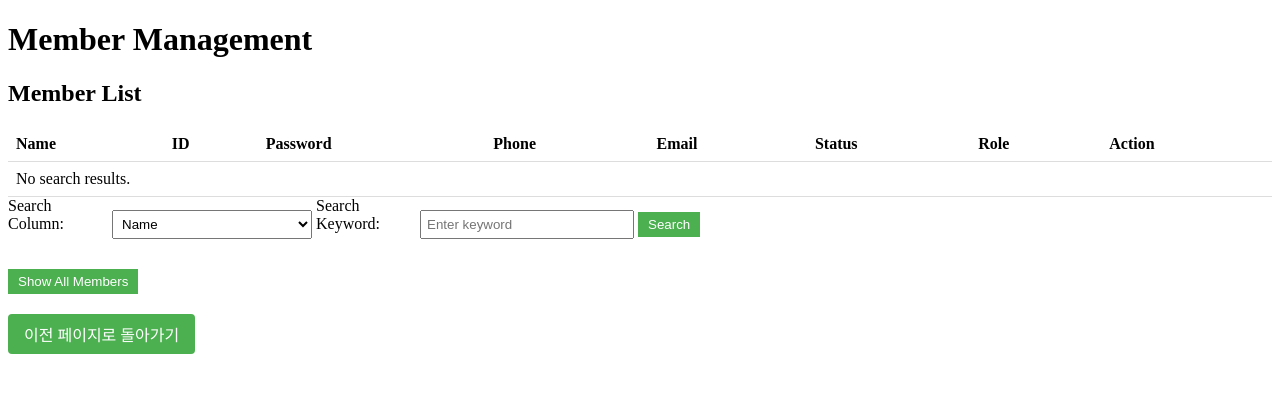
Repository: i-kemen/jsp
Page: http://localhost/WebTest/MemberManagementOKServlet
The author's editor kept a copy of each file at every save. The page is drawn from the files as they stood at one save, then again after a run of saves.
The browser window is 1280 px wide. The pictures show the whole page.
The page is served by Tomcat 10.

Above is the page before, as saved 2023-06-27 04:09:20.

After the next 2 saves:
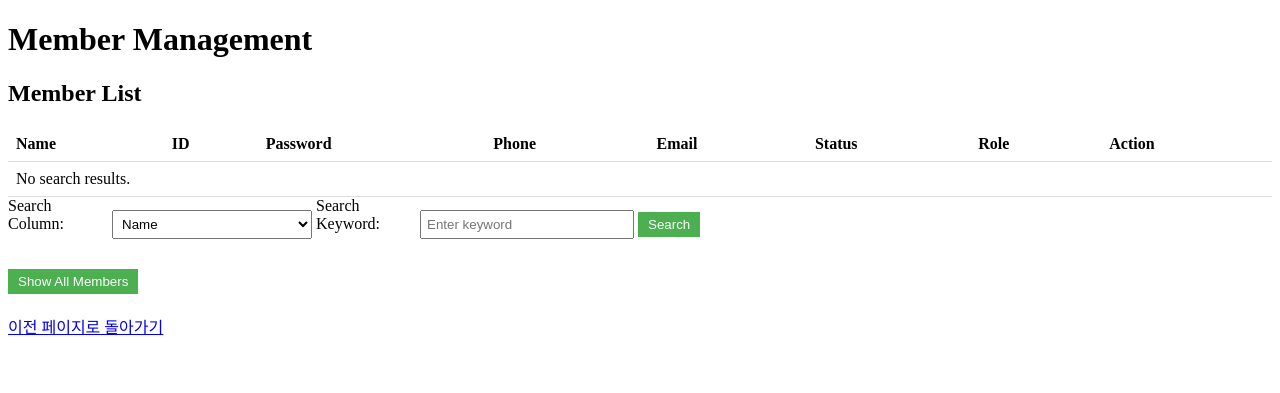
The 2 saves are shown as one change because they came seconds apart.
The last was saved 46 s later.
--- a/WebTest/src/main/webapp/memberManagement.jsp
+++ b/WebTest/src/main/webapp/memberManagement.jsp
@@ -54,17 +54,23 @@
         }
 
 
-        .back-button {
-            display: inline-block;
-            padding: 8px 16px;
+        /* 버튼 컨테이너 */
+        .button-container {
+            display: flex;
+            justify-content: space-between;
+            align-items: center;
+            margin-bottom: 20px;
+        }
+
+        .button-container button {
+            padding: 5px 10px;
             background-color: #4CAF50;
             color: white;
-            text-decoration: none;
-            border-radius: 4px;
+            border: none;
             cursor: pointer;
         }
 
-        .back-button:hover {
+        .button-container button:hover {
             background-color: #45a049;
         }
 
